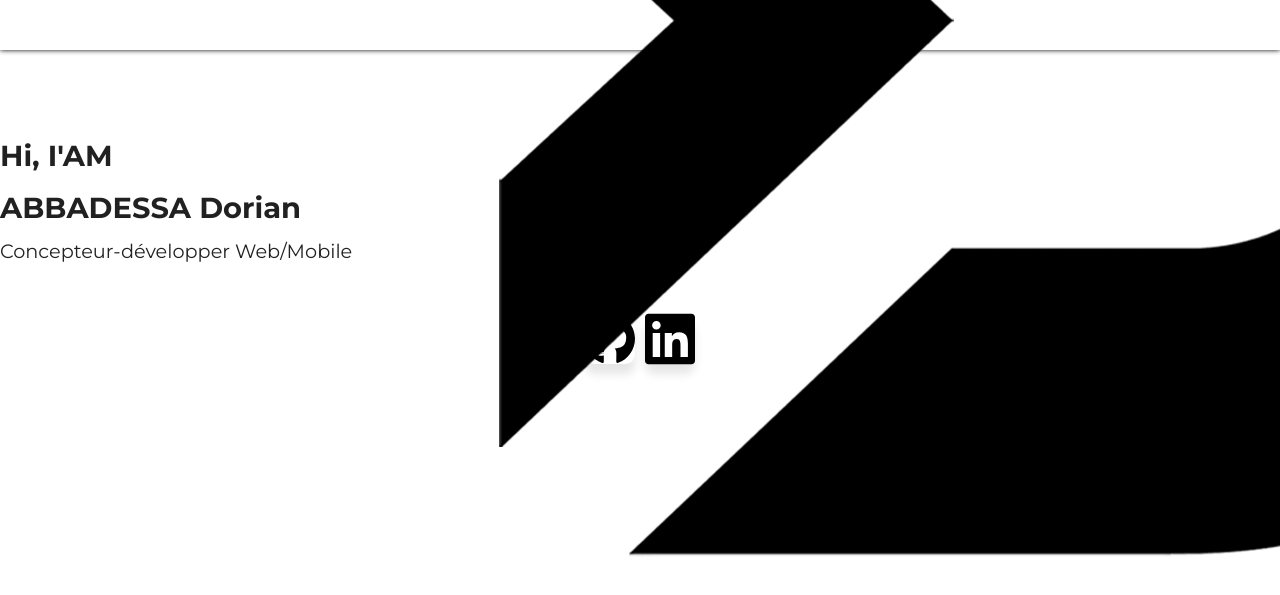
Repository: DorianABDS/Portfolio-ABBADESSA-Dorian
Page: index.html
The author's editor kept a copy of each file at every save. The page is drawn from the files as they stood at one save, then again after the next save.
The browser window is 1280 px wide. The pictures show the window.
A layer covers the whole window, so only the first screen is drawn.

Above is the page before, as saved 2024-11-27 22:53:31.

### index.html
<!DOCTYPE html>
<html lang="fr">
<head>
    <meta charset="UTF-8">
    <meta name="viewport" content="width=device-width, initial-scale=1.0">
    <meta charset="UTF-8">
    <meta name="viewport" content="width=device-width, initial-scale=1.0">
    <meta name="keywords" content="Portfolio, ABBADESSA Dorian, Web developper">
    <title>ABBADESSA Dorian - Portfolio</title>
    <link rel="shortcute icon" href="/src/img/Logo Div.png">
    <link rel="stylesheet" href="style.css">
</head>
<body>
    <header class="header">
        <nav class="navbar">
            <a href="index.html" class="logo"><img src="/src/img/Logo plat Div noir.png" alt=""></a>
            <div class="nav-links">
                <ul>
                    <li><a href="index.html">Accueil</a></li>
                    <li><a href="articles.html">Articles</a></li>
                    <li><a href="apropos.html">À propos</a></li>
                    <li><a href="contact.html">Contact</a></li>
                </ul>
            </div>
            <img src="/src/img/bars-solid.svg" alt="menu hamburger" class="menu-hamburger">
        </nav>
        <!-- <div class="social">
            <a href="#" title="Facebook"><img src="/src/img/icone Github.png" alt=""></a>
            <a href="#" title="Twitter"><img src="src/img/icone Linkedin.png" alt=""></a>
        </div> -->
    </header>
    <main>
        <section class="accueil">
            <div class="container-accueil">
                <h2>Hi, I'AM</h2>
                <h1><span>ABBADESSA Dorian</span></h1>
                <p>Concepteur-développer Web/Mobile</p>
                <div class="social">
                    <ul class="wrapper">
                        <li class="icon github">
                          <img src="/src/img/github-brands-solid.svg" alt="">
                        </li>
                        <li class="icon linkedin">
                          <img src="/src/img/linkedin-brands-solid.svg" alt="">
                        </li>
                    </ul>
                </div>
        </section>
        <section class="about-me">
            <div class="container-about-me">
                <h2>Présentation</h2>
                <h1><span>À propos de moi</span></h1>
            </div>
            <div class="card-about-me"></div>
            <div class="texte-about-me"><p>🌍 Étudiant en première année de <span>bachelor en développement web</span> à <span>LaPlateforme</span> à Martigues, étant très <span>créatif</span> et <span>optimiste</span>
              <br>
              🎯 Mon <span>objectif</span> est de rechercher une <span>alternance</span> dans le but de perfectionner mes <span>compétences techniques</span> en développement web et mobile, en vue de mettre en pratique ces compétences pour  concevoir des interfaces modernes, fonctionnelles et adaptées aux besoins des utilisateurs. J’ai pour <span>objectif</span> de devenir un <span>concepteur d’application web et mobile</span>.
              <br>
              🧠 J’aime partager mes <span>connaissances</span>, travailler sur tout type de <span>projets</span> ainsi que mener à bien les <span>missions</span> qui me sont <span>confiés</span>.
              <br>
              Bienvenue sur mon <span>portfolio</span>, je vous y invite et vous ouvres les portes de mon <span>univer</span>.
              </p></div>
        </section>
        <button class="button-cv">
            <svg
                width="24"
                height="24"
                viewBox="0 0 24 24"
                fill="none"
                xmlns="http://www.w3.org/2000/svg"
                >
                <path
                    d="M11 5C11 4.44772 11.4477 4 12 4C12.5523 4 13 4.44772 13 5V12.1578L16.2428 8.91501L17.657 10.3292L12.0001 15.9861L6.34326 10.3292L7.75748 8.91501L11 12.1575V5Z"
                    fill="currentColor"
                />
                <path
                    d="M4 14H6V18H18V14H20V18C20 19.1046 19.1046 20 18 20H6C4.89543 20 4 19.1046 4 18V14Z"
                    fill="currentColor"
                />
                </svg>
            Download CV
          </button>
    </div>
    </main>
</body>
<script>
    const menuHamburger = document.querySelector(".menu-hamburger")
    const navLinks = document.querySelector(".nav-links")

    menuHamburger.addEventListener('click',()=>{
    navLinks.classList.toggle('mobile-menu')
    })
</script>
</html>

### style.css
@font-face {
    font-family: "Montserrat";
    src: url(/src/font/Montserrat-VariableFont_wght.ttf);
}

* {
    margin: 0;
    padding: 0;
    text-decoration: none;
    list-style: none;
    box-sizing: border-box;

}

html, body {
    font-size: 19.3px;
    color: rgba(0, 0, 0, .87);
    background-color: #fff;
    font-family: "Montserrat", sans-serif;
    line-height: 1.8;
    font-weight: 400;
}

.navbar {
    background: rgb(255, 255, 255);
    box-shadow: 0 0 5px rgb(0, 0, 0);;
    top: 0;
    left: 0;
    height: 50px;
    width: auto;
    position: fixed;
    padding-left: 30px;
    padding-right: 61px;
    width: 100%;
    display: flex;
    justify-content: space-between;
    align-items: center;
    z-index: 100;
}

.navbar a {
    color: #292929;
    font-weight: 700;
    display: inline;
}

.navbar .nav-links ul li a::after {
    content: "";
    display: block;
    height: 2px;
    background: rgb(255, 255, 255);
    transform: scale(0);
    transition: transform 0.2s ease-in-out;
}

.navbar .nav-links ul li a:hover::after {
    transform: scale(1);
}

.navbar .logo {
    transform: none;
    font-weight: 700;
}

.navbar .nav-links ul {
    display: flex;
    align-items: center;
}

.navbar .nav-links ul li {
    display: flex;
    margin: 0 25px;
}

.navbar .nav-links ul li img {
    display: flex;
    padding: -20px;
    margin-left: -23px;
}

.navbar .menu-hamburger {
    display: none;
    position: absolute;
    top: 8px;
    right: 30px;
    width: 30px;
}

.accueil {
    padding-top: 80px;
    margin-top: 50px;
    width: 100%;
    height: 100vh;
}

.button-cv {
    border: none;
    display: flex;
    margin-right: 20px;
    padding: 0.75rem 1.5rem;
    background: linear-gradient(90deg, rgba(255,50,50,1) 0%, rgba(255,136,0,1) 100%);
    color: #ffffff;
    font-size: 0.75rem;
    line-height: 1rem;
    font-weight: 700;
    text-align: center;
    cursor: pointer;
    text-transform: uppercase;
    vertical-align: middle;
    align-items: center;
    border-radius: 0.5rem;
    user-select: none;
    gap: 0.75rem;
    box-shadow:
      0 4px 6px -1px #488aec31,
      0 2px 4px -1px #488aec17;
    transition: all 0.6s ease;
  }

  .button-cv:hover {
    box-shadow:
      0 10px 15px -3px #488aec4f,
      0 4px 6px -2px #488aec17;
  }

  .button-cv:focus,
  .button-cv:active {
    opacity: 0.85;
    box-shadow: none;
  }

  .button-cv svg {
    width: 1.25rem;
    height: 1.25rem;
  }

.about-me {
    display: flex;
    justify-content: center;
    text-align: center;
  }

  .wrapper {
    display: inline-flex;
    list-style: none;
    width: 100%;
    padding-top: 40px;
    font-family: "Montserrat", sans-serif;
    justify-content: center;
  }

  .wrapper .icon {
    position: relative;
    background: #fff;
    border-radius: 0.5rem;
    margin: 5px;
    width: 50px;
    height: 50px;
    font-size: 18px;
    display: flex;
    justify-content: center;
    align-items: center;
    flex-direction: column;
    box-shadow: 0 10px 10px rgba(0, 0, 0, 0.1);
    cursor: pointer;
    transition: all 0.2s cubic-bezier(0.68, -0.55, 0.265, 1.55);
  }

  .wrapper .tooltip {
    position: absolute;
    top: 0;
    font-size: 14px;
    background: #fff;
    color: #fff;
    padding: 5px 8px;
    border-radius: 5px;
    box-shadow: 0 10px 10px rgba(0, 0, 0, 0.1);
    opacity: 0;
  }

  .wrapper .icon-linkedin:hover,
  .wrapper .icon-linkedin:hover .tooltip,
  .wrapper .icon-linkedin:hover .tooltip::before {
    background: #171515;
    color: #fff;
  }

  .wrapper .twitter:hover,
  .wrapper .twitter:hover .tooltip,
  .wrapper .twitter:hover .tooltip::before {
    background: #0965C1;
    color: #fff;
  }

@media  screen and (max-width: 814px) {
    html, body {
        padding: 0 20px;
    }

    .navbar .menu-hamburger {
        display: block;
    }

    .nav-links.mobile-menu {
        margin-left: 0;
    }

    .navbar {
        padding: 0;
    }

    .navbar .logo {
        padding-left: 20px;
    }

    .navbar .logo img {
        display: flex;
        align-items: center;
        width: 50px;
    }

    .nav-links {
        position: absolute;
        background-color: #ffffff90;
        backdrop-filter: blur(8px);
        top: 0;
        left: 0;
        width: 100%;
        height: 100vh;
        display: flex;
        justify-content: center;
        align-items: center;
        margin-left: 100%;
        transition: all 0.5s ease;
    }

    .nav-links ul {
        display: flex;
        flex-direction: column;
        align-items: center;
    }

    .navbar .nav-links ul li {
        margin: 15px 0;
        font-size: 1.2em;
    }

    .accueil {
        height: 100%;
    }

    .accueil h2 {
        font-size: 22px;
        font-weight: 600;
        color: #292929;
    }

    .accueil h1 {
        display: inline-block;
        line-height: 100%;
        font-size: 40px;
        letter-spacing: -2px;
        font-weight: 800;
        background: linear-gradient(90deg, rgba(255,50,50,1) 0%, rgba(255,136,0,1) 100%);
        -webkit-background-clip: text;
        -webkit-text-fill-color: transparent;
    }

    .accueil p {
        height: 80px;
        line-height: 150%;
        margin-bottom: 80px;
    }

    .social {
        display: flex;
        justify-content: center;
    }

    .social a {
        display: flex;
        justify-content: center;
        margin: 0 10px;
        width: 30px;
    }

    .container-accueil img {
        height: 30px;
    }

    .container-about-me h1 {
        font-size: 12;
        background: linear-gradient(90deg, rgba(255,50,50,1) 0%, rgba(255,136,0,1) 100%);
        -webkit-background-clip: text;
        -webkit-text-fill-color: transparent;
    }

    .container-about-me h2 {
        line-height: 5px;
        font-size: 16px;
    }

    .about-me {
        height: 100%;
        display: flex;
        align-items: center;
        flex-direction: column;
        padding-top: 300px;
    }

    .card-about-me {
        box-sizing: border-box;
        width: 300px;
        height: 500px;
        background: rgba(217, 217, 217, 0.58);
        border: 1px solid white;
        box-shadow: 12px 17px 51px rgba(0, 0, 0, 0.22);
        backdrop-filter: blur(6px);
        border-radius: 0.5rem;
        text-align: center;
        cursor: pointer;
        transition: all 0.5s;
        display: flex;
        align-items: center;
        justify-content: center;
        user-select: none;
        font-weight: bolder;
        color: black;
    }

    .card-about-me img {
        height: 500px;
    }

    .about-me p {
        font-size: 16px;
        margin-top: 30px;
        text-align: start;

    }

    .about-me p span {
        margin-top: 30px;
        background: linear-gradient(90deg, rgba(255,50,50,1) 0%, rgba(255,136,0,1) 100%);
        -webkit-background-clip: text;
        -webkit-text-fill-color: transparent;
    }

    .wrapper {
        padding-top: 0;
        display: flex;
        justify-content: flex-start;
    }

    .button-cv {
        margin-top: 30px;
    }

    .card-about-me {
        margin: 30px 0;
    }
}

### src/img/bars-solid.svg
<svg xmlns="http://www.w3.org/2000/svg" viewBox="0 0 448 512" fill="#353535"><!--!Font Awesome Free 6.7.0 by @fontawesome - https://fontawesome.com License - https://fontawesome.com/license/free Copyright 2024 Fonticons, Inc.--><path d="M0 96C0 78.3 14.3 64 32 64l384 0c17.7 0 32 14.3 32 32s-14.3 32-32 32L32 128C14.3 128 0 113.7 0 96zM0 256c0-17.7 14.3-32 32-32l384 0c17.7 0 32 14.3 32 32s-14.3 32-32 32L32 288c-17.7 0-32-14.3-32-32zM448 416c0 17.7-14.3 32-32 32L32 448c-17.7 0-32-14.3-32-32s14.3-32 32-32l384 0c17.7 0 32 14.3 32 32z"/></svg>

### src/img/github-brands-solid.svg
<svg xmlns="http://www.w3.org/2000/svg" viewBox="0 0 496 512" fill="#292929"><!--!Font Awesome Free 6.7.1 by @fontawesome - https://fontawesome.com License - https://fontawesome.com/license/free Copyright 2024 Fonticons, Inc.--><path fill="#000000" d="M165.9 397.4c0 2-2.3 3.6-5.2 3.6-3.3 .3-5.6-1.3-5.6-3.6 0-2 2.3-3.6 5.2-3.6 3-.3 5.6 1.3 5.6 3.6zm-31.1-4.5c-.7 2 1.3 4.3 4.3 4.9 2.6 1 5.6 0 6.2-2s-1.3-4.3-4.3-5.2c-2.6-.7-5.5 .3-6.2 2.3zm44.2-1.7c-2.9 .7-4.9 2.6-4.6 4.9 .3 2 2.9 3.3 5.9 2.6 2.9-.7 4.9-2.6 4.6-4.6-.3-1.9-3-3.2-5.9-2.9zM244.8 8C106.1 8 0 113.3 0 252c0 110.9 69.8 205.8 169.5 239.2 12.8 2.3 17.3-5.6 17.3-12.1 0-6.2-.3-40.4-.3-61.4 0 0-70 15-84.7-29.8 0 0-11.4-29.1-27.8-36.6 0 0-22.9-15.7 1.6-15.4 0 0 24.9 2 38.6 25.8 21.9 38.6 58.6 27.5 72.9 20.9 2.3-16 8.8-27.1 16-33.7-55.9-6.2-112.3-14.3-112.3-110.5 0-27.5 7.6-41.3 23.6-58.9-2.6-6.5-11.1-33.3 2.6-67.9 20.9-6.5 69 27 69 27 20-5.6 41.5-8.5 62.8-8.5s42.8 2.9 62.8 8.5c0 0 48.1-33.6 69-27 13.7 34.7 5.2 61.4 2.6 67.9 16 17.7 25.8 31.5 25.8 58.9 0 96.5-58.9 104.2-114.8 110.5 9.2 7.9 17 22.9 17 46.4 0 33.7-.3 75.4-.3 83.6 0 6.5 4.6 14.4 17.3 12.1C428.2 457.8 496 362.9 496 252 496 113.3 383.5 8 244.8 8zM97.2 352.9c-1.3 1-1 3.3 .7 5.2 1.6 1.6 3.9 2.3 5.2 1 1.3-1 1-3.3-.7-5.2-1.6-1.6-3.9-2.3-5.2-1zm-10.8-8.1c-.7 1.3 .3 2.9 2.3 3.9 1.6 1 3.6 .7 4.3-.7 .7-1.3-.3-2.9-2.3-3.9-2-.6-3.6-.3-4.3 .7zm32.4 35.6c-1.6 1.3-1 4.3 1.3 6.2 2.3 2.3 5.2 2.6 6.5 1 1.3-1.3 .7-4.3-1.3-6.2-2.2-2.3-5.2-2.6-6.5-1zm-11.4-14.7c-1.6 1-1.6 3.6 0 5.9 1.6 2.3 4.3 3.3 5.6 2.3 1.6-1.3 1.6-3.9 0-6.2-1.4-2.3-4-3.3-5.6-2z"/></svg>

### src/img/linkedin-brands-solid.svg
<svg xmlns="http://www.w3.org/2000/svg" viewBox="0 0 448 512" fill="#292929"><!--!Font Awesome Free 6.7.1 by @fontawesome - https://fontawesome.com License - https://fontawesome.com/license/free Copyright 2024 Fonticons, Inc.--><path fill="#000000" d="M416 32H31.9C14.3 32 0 46.5 0 64.3v383.4C0 465.5 14.3 480 31.9 480H416c17.6 0 32-14.5 32-32.3V64.3c0-17.8-14.4-32.3-32-32.3zM135.4 416H69V202.2h66.5V416zm-33.2-243c-21.3 0-38.5-17.3-38.5-38.5S80.9 96 102.2 96c21.2 0 38.5 17.3 38.5 38.5 0 21.3-17.2 38.5-38.5 38.5zm282.1 243h-66.4V312c0-24.8-.5-56.7-34.5-56.7-34.6 0-39.9 27-39.9 54.9V416h-66.4V202.2h63.7v29.2h.9c8.9-16.8 30.6-34.5 62.9-34.5 67.2 0 79.7 44.3 79.7 101.9V416z"/></svg>

After the next save:
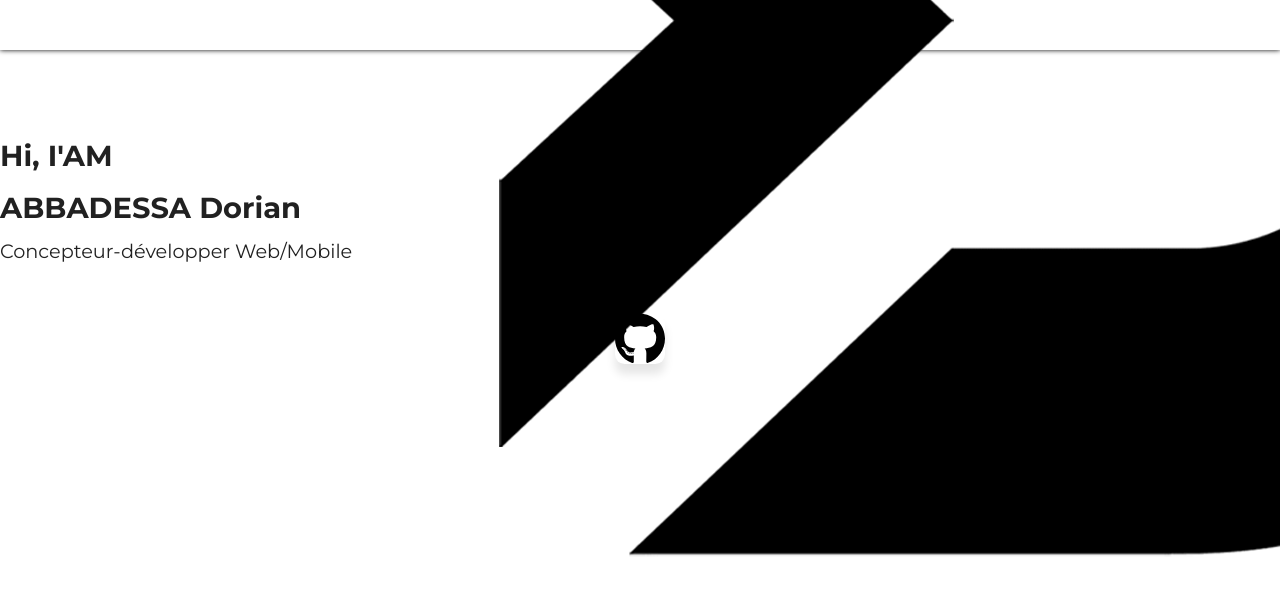
Saved 3 s later.
--- a/index.html
+++ b/index.html
@@ -40,7 +40,7 @@
                         <li class="icon github">
                           <img src="/src/img/github-brands-solid.svg" alt="">
                         </li>
-                        <li class="icon linkedin">
+                        <li class="icon-linkedin">
                           <img src="/src/img/linkedin-brands-solid.svg" alt="">
                         </li>
                     </ul>
